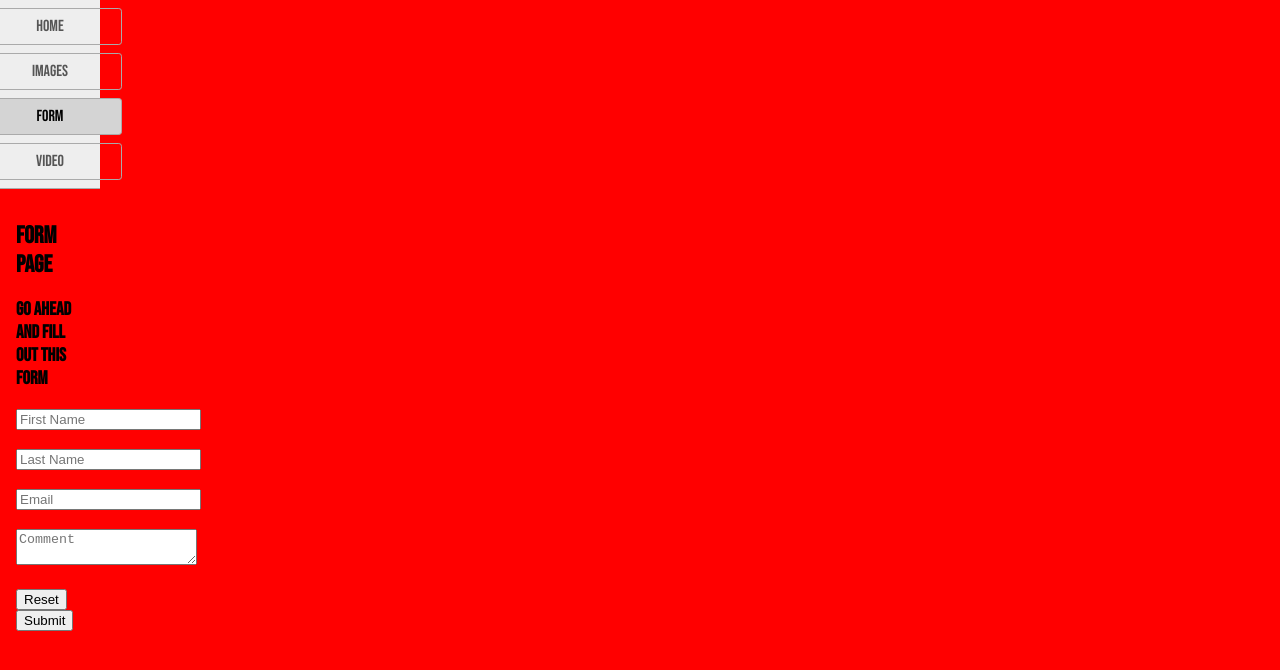
Repository: sebas6292/palmTree-Final
Page: Form.html
These files come from the project's save history. The page is drawn as it stood at one moment and after the next save; the edit follows.
The browser window is 1280 px wide. The pictures show the whole page.

Above is the page before, as saved 2023-05-27 19:39:33.

After the next save:
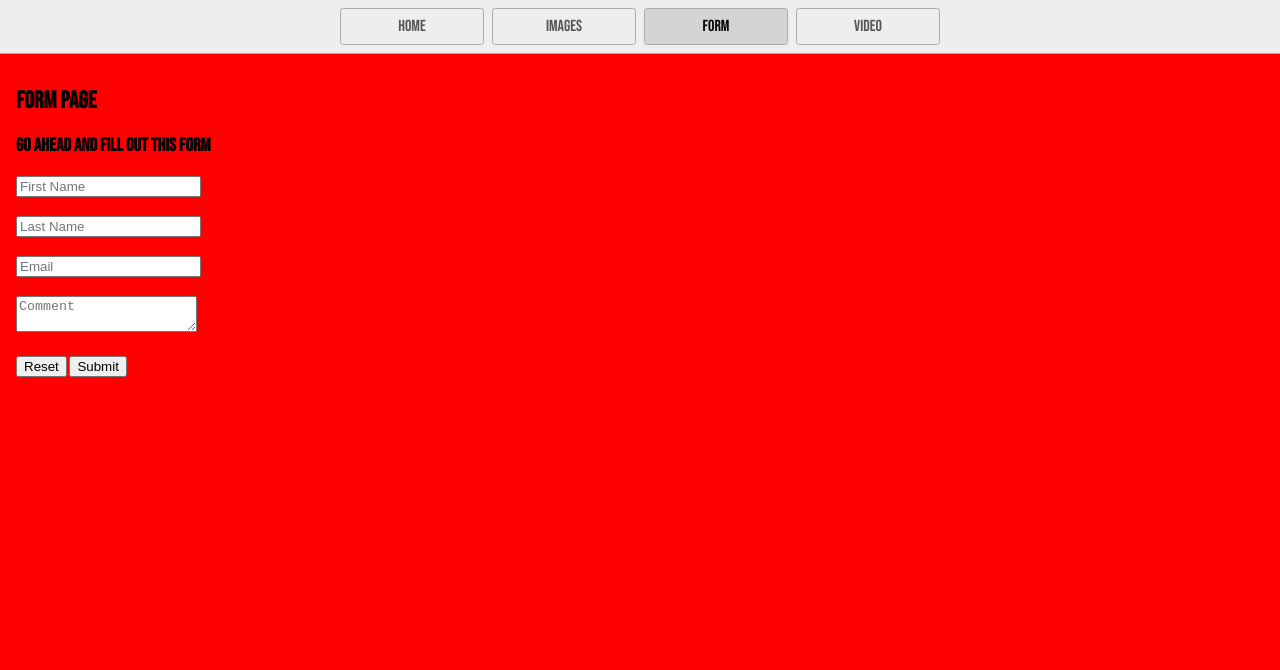
Saved 60 s later.
--- a/styles.css
+++ b/styles.css
@@ -15,8 +15,6 @@
     100% {background-color: green;}
   }
   body {
-    width: 100px;
-    height: 100px;
     background-color: red;
     animation-name: body;
     animation-duration: 4s;
